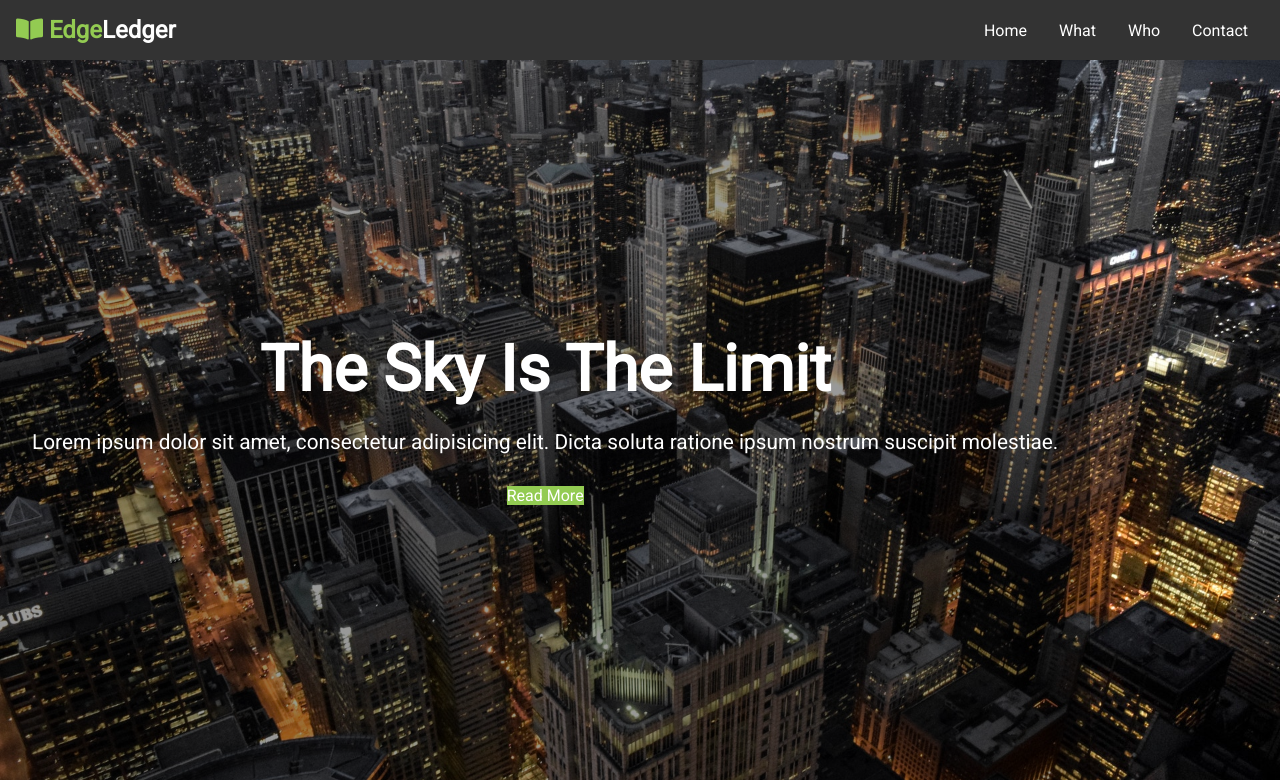
Repository: dimlutine/EdgeLedger
Page: index.html
An editor plug-in stored every save of this project. The page is shown before and after the next save, followed by the edit.
The browser window is 1280 px wide. The pictures show the whole page.
Some web libraries are served in a nearby version.

Above is the page before, as saved 2019-07-06 18:57:41.

### index.html
<!DOCTYPE html>
<html lang="en">

<head>
    <meta charset="UTF-8">
    <meta name="viewport" content="width=device-width, initial-scale=1.0">
    <meta http-equiv="X-UA-Compatible" content="ie=edge">
    <link rel="stylesheet" href="https://use.fontawesome.com/releases/v5.6.3/css/all.css" integrity="sha384-UHRtZLI+pbxtHCWp1t77Bi1L4ZtiqrqD80Kn4Z8NTSRyMA2Fd33n5dQ8lWUE00s/" crossorigin="anonymous">
    <link rel="stylesheet" media="screen and (max-width: 768px)" href="css/mobile.css">
    <link rel="stylesheet" media="screeb abd (min-width: 1100px)" href="css/widescreen.css">
    <link rel="stylesheet" href="css/style.css">
    <title>EdgeLedger Financial | Accounting & Investment</title>
</head>

<body id="home">
    <!-- Navbar -->
    <nav id="navbar">
        <h1 class="logo">
            <span class="text-primary"><i class="fas fa-book-open"></i> Edge</span>Ledger
        </h1>
        <ul>
            <li><a href="#home">Home</a></li>
            <li><a href="#what">What</a></li>
            <li><a href="#who">Who</a></li>
            <li><a href="#contacts">Contact</a></li>
        </ul>
    </nav>
    <!-- Header: Showcase -->
    <header id="showcase">
        <div class="showcase-content">
            <h1 class="l-heading">
                The Sky Is The Limit
            </h1>
            <p class="lead">Lorem ipsum dolor sit amet, consectetur adipisicing elit. Dicta soluta ratione ipsum nostrum suscipit molestiae.</p>
            <a href="#what" class="btn">Read More</a>
        </div>
    </header>
</body>

</html>

### css/style.css
@import url('https://fonts.googleapis.com/css?family=Roboto&display=swap');
* {
    margin: 0;
    padding: 0;
}

body {
    font-family: 'Roboto', sans-serif;
}

a {
    text-decoration: none;
}

p {
    margin: .75rem 0;
}


/* Utility Classes */

.text-primary {
    color: #93cb52;
}

.l-heading {
    font-size: 4rem;
    margin-bottom: 0.75rem;
    line-height: 1.1;
}

.lead {
    font-size: 1.3rem;
    margin-bottom: 2rem;
}

.btn {
    display: inline-block;
    color: #fff;
    background: #93cb52;
}


/* Navbar */

#navbar {
    display: flex;
    position: sticky;
    top: 0;
    background: #333;
    color: #fff;
    justify-content: space-between;
    z-index: 1;
    padding: 1rem;
}

#navbar ul {
    display: flex;
    align-items: center;
    list-style: none;
}

#navbar ul li a {
    color: #fff;
    padding: 0.75rem;
    margin: 0 0.25rem;
}

#navbar ul li a:hover {
    background: #93cb52;
    border-radius: 5px;
}


/* Showcase */

#showcase {
    background: #333 url(../img/showcase.jpg) no-repeat center center/cover;
    height: 100vh;
    color: #fff;
}

#showcase .showcase-content {
    height: 100%;
    display: flex;
    flex-direction: column;
    justify-content: center;
    text-align: center;
    align-items: center;
    padding: 0 2rem;
    /* Overlay */
    position: absolute;
    top: 60px;
    left: 0;
    background-color: rgba(0, 0, 0, .4);
}

Loaded but not shown: css/mobile.css (no stored copy; drawn as an empty file); css/widescreen.css (no stored copy; drawn as an empty file)

After the next save:
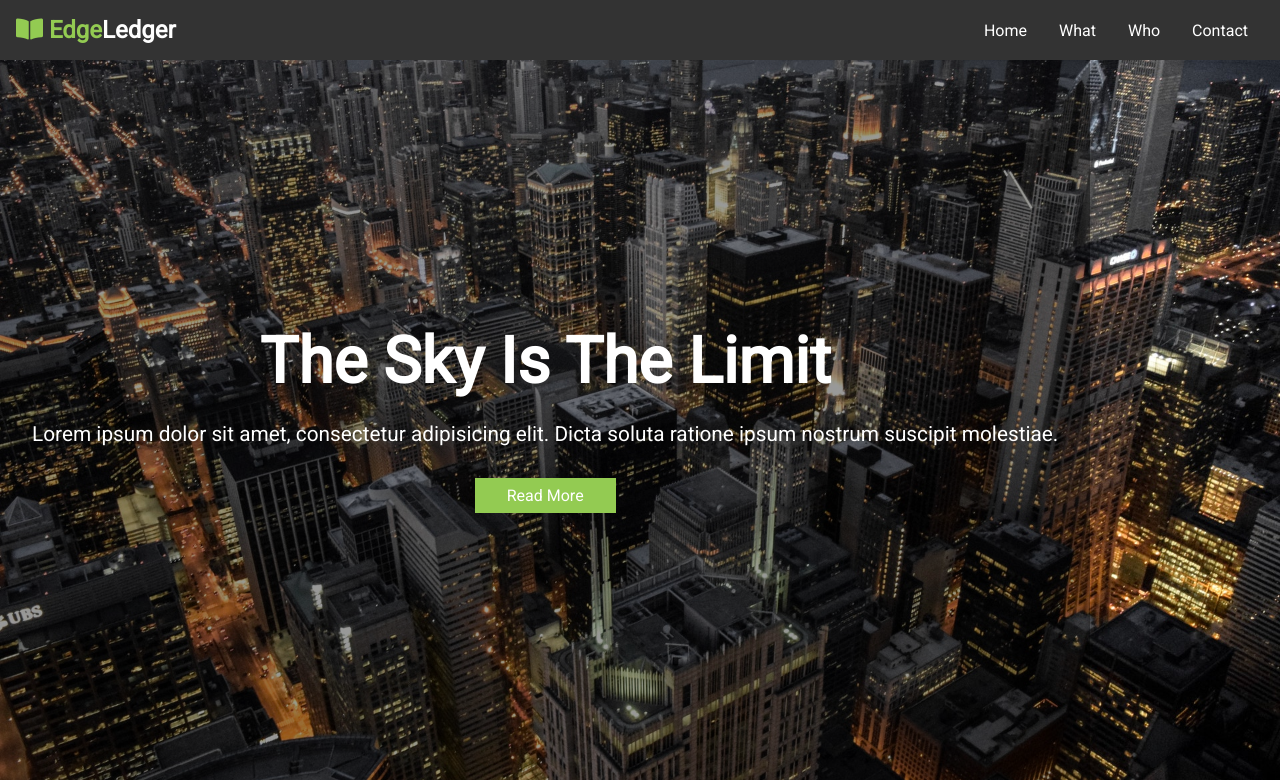
Saved 23 s later.
--- a/css/style.css
+++ b/css/style.css
@@ -38,6 +38,8 @@
     display: inline-block;
     color: #fff;
     background: #93cb52;
+    padding: 0.5rem 2rem;
+    border: none;
 }
 
 
